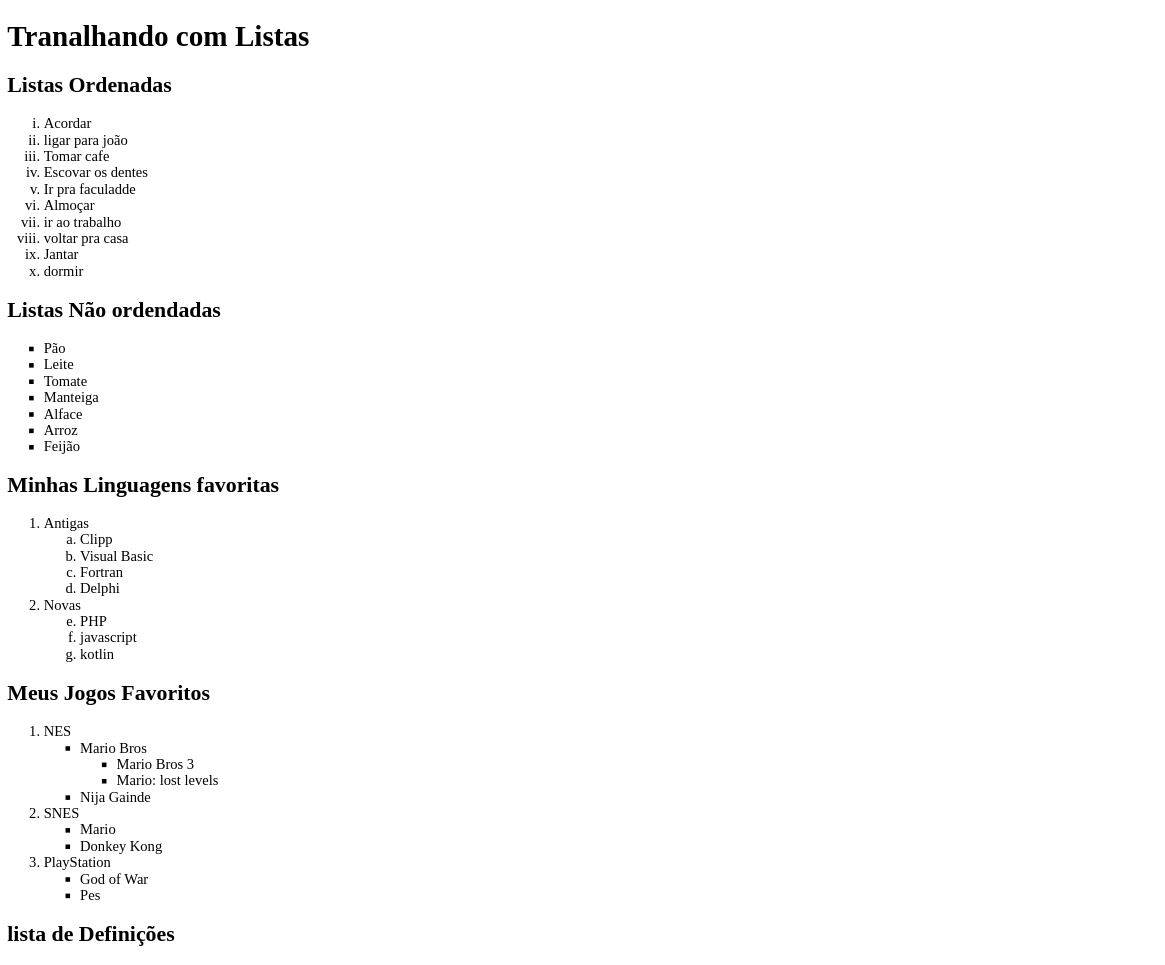
Repository: pheonix5/Estudo
Page: html-css/exercicios/ex009/index.html
An editor plug-in stored every save of this project. The page is shown before and after the next save, followed by the edit.
The browser window is 1280 px wide. The pictures show the whole page, at 91% of full size.

Above is the page before, as saved 2023-08-01 22:43:22.

### html-css/exercicios/ex009/index.html
<!DOCTYPE html>
<html lang="pt-br">

<head>
    <meta charset="UTF-8">
    <meta name="viewport" content="width=device-width, initial-scale=1.0">
    <title>Listas</title>
</head>

<body>
    <h1>Tranalhando com Listas</h1>
    <h2>Listas Ordenadas</h2>

    <ol type="i"> <!-- 1 A a I i -->
        <li>Acordar</li>
        <li>ligar para joão</li>
        <li>Tomar cafe</li>
        <li>Escovar os dentes</li>
        <li>Ir pra faculadde</li>
        <li>Almoçar</li>
        <li>ir ao trabalho</li>
        <li>voltar pra casa</li>
        <li>Jantar</li>
        <li>dormir</li>
    </ol>

    <h2>Listas Não ordendadas</h2>
    <ul type="square"> <!-- disc circle square -->
        <li>Pão</li>
        <li>Leite</li>
        <li>Tomate</li>
        <li>Manteiga</li>
        <li>Alface</li>
        <li>Arroz</li>
        <li>Feijão</li>
    </ul>

    <h2>Minhas Linguagens favoritas </h2>
    <ol>
        <li>Antigas</li>
        <ol type="a">
            <li>Clipp</li>
            <li>Visual Basic</li>
            <li>Fortran</li>
            <li>Delphi</li>
        </ol>
        <li>Novas</li>
        <ol type="a" start="5">
            <li>PHP</li>
            <li>javascript</li>
            <li>kotlin</li>
        </ol>
    </ol>

    <h2>Meus Jogos Favoritos </h2>
    <ol>
        <li>NES</li>
        <ul type="square">
            <li>Mario Bros</li>
            <ul type="square">
                <li>Mario Bros 3</li>
                <li>Mario: lost levels</li>
            </ul>
            <li>Nija Gainde</li>
        </ul>
        <li>SNES</li>
        <ul type="square">
            <li>Mario</li>
            <li>Donkey Kong</li>
        </ul>
        <li>PlayStation</li>
        <ul type="square">
            <li>God of War</li>
            <li>Pes</li>
        </ul>
    </ol>

    <h2>lista de Definições</h2>
</html>

After the next save:
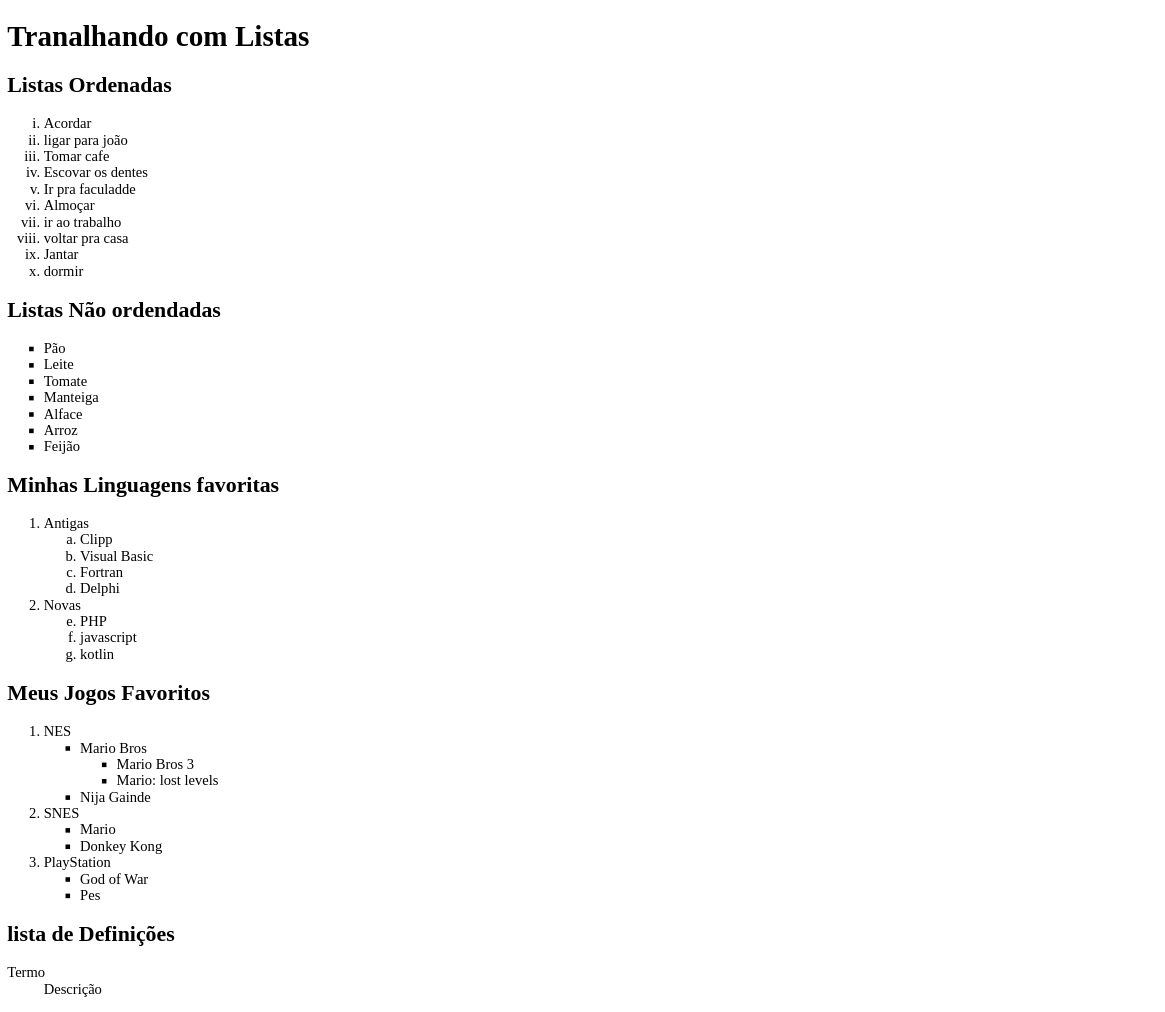
Saved 23 s later.
--- a/html-css/exercicios/ex009/index.html
+++ b/html-css/exercicios/ex009/index.html
@@ -76,4 +76,8 @@
     </ol>
 
     <h2>lista de Definições</h2>
+    <dl>
+        <dt>Termo</dt>
+        <dd>Descrição</dd>
+    </dl>
 </html>
